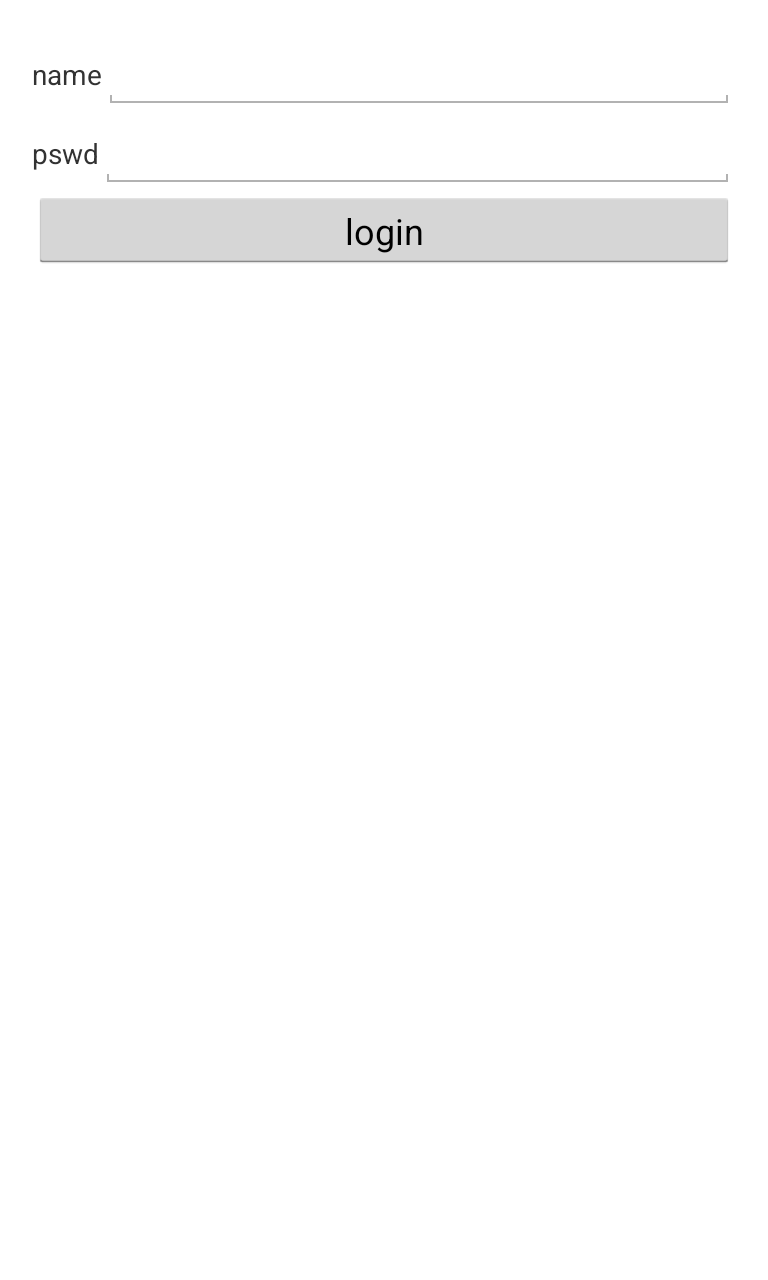
Repository: KnightFreedom/cookcook
Layout: client/CookCook/res/layout/activity_main.xml
These files come from the project's save history. The layout is drawn as it stood at one moment and after the next save; the edit follows.
It is drawn on a 768 x 1280 px phone screen (xhdpi) without system bars, with theme AppTheme; the app's code is not run.

Above is the layout before, as saved 2017-05-09 11:43:18.

### client/CookCook/res/layout/activity_main.xml
<RelativeLayout xmlns:android="http://schemas.android.com/apk/res/android"
    xmlns:tools="http://schemas.android.com/tools"
    android:layout_width="match_parent"
    android:layout_height="match_parent"
    android:paddingBottom="@dimen/activity_vertical_margin"
    android:paddingLeft="@dimen/activity_horizontal_margin"
    android:paddingRight="@dimen/activity_horizontal_margin"
    android:paddingTop="@dimen/activity_vertical_margin"
    tools:context=".MainActivity" >


    <LinearLayout
        android:layout_width="match_parent"
        android:layout_height="wrap_content"
        android:orientation = "vertical">

	    <LinearLayout android:layout_width = "match_parent"
	        android:layout_height = "match_parent"
	        android:orientation = "horizontal">

	    <TextView
	        android:layout_width="wrap_content"
	        android:layout_height="wrap_content"
	        android:text="@string/usrName" />

	    <EditText
	        android:layout_width= "match_parent"
	        android:layout_height = "wrap_content"
	        android:maxLength="10"
	        />

	    </LinearLayout>

	    <!-- comment -->
	    <LinearLayout
	        android:layout_width = "match_parent"
	        android:layout_height = "match_parent"
	        android:orientation = "horizontal">

	    <TextView
	        android:layout_width="wrap_content"
	        android:layout_height="wrap_content"
	        android:text="@string/pswd" />

	    <EditText
	        android:layout_width= "match_parent"
	        android:layout_height = "wrap_content"
	        android:maxWidth = "60dp"
	        />

	    </LinearLayout>

	    <LinearLayout
	        android:layout_width = "match_parent"
	        android:layout_height = "match_parent"
	        android:orientation = "horizontal"
	        >
	    <Button
	        android:layout_width = "match_parent"
	        android:layout_height = "40dp"
	        android:text="@string/login"
	        />

	    <Button
	        android:layout_width = "match_parent"
	        android:layout_height = "40dp"
	        android:text="@string/signup"
	        />

	    </LinearLayout>

    </LinearLayout>


</RelativeLayout>

### client/CookCook/res/values/strings.xml
<?xml version="1.0" encoding="utf-8"?>
<resources>

    <string name="app_name">CookCook</string>
    <string name="action_settings">Settings</string>
    <string name="hello_world">Hello world!</string>
    <string name="usrName">name</string>
    <string name="pswd">pswd</string>
    <string name="login">login</string>
    <string name="signup">signup</string>

</resources>

Loaded but not shown: client/CookCook/res/values/styles.xml (common file); client/CookCook/res/values-v11/styles.xml (common file); client/CookCook/res/values-v14/styles.xml (common file); client/CookCook/res/values/dimens.xml (common file)

After the next save:
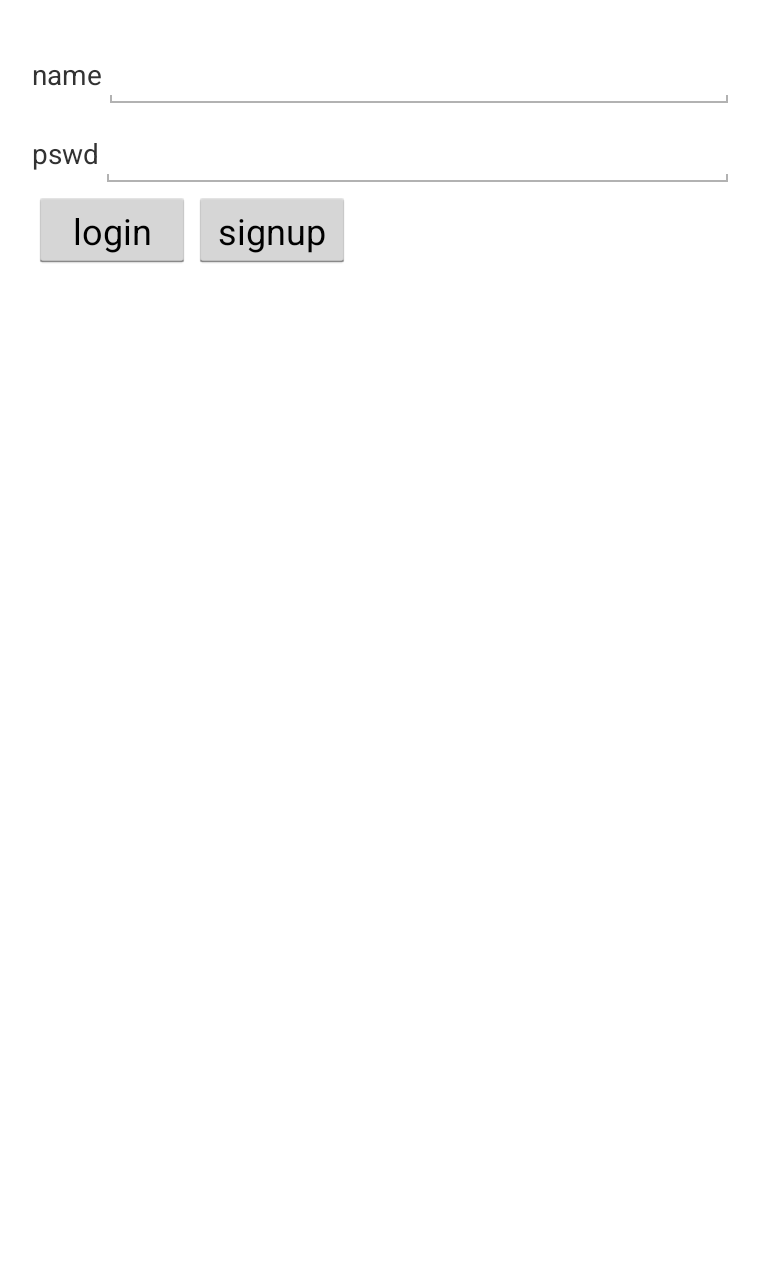
Saved 4 min 9 s later.
--- a/client/CookCook/res/layout/activity_main.xml
+++ b/client/CookCook/res/layout/activity_main.xml
@@ -56,13 +56,13 @@
 	        android:orientation = "horizontal"
 	        >
 	    <Button
-	        android:layout_width = "match_parent"
+	        android:layout_width = "80dp"
 	        android:layout_height = "40dp"
 	        android:text="@string/login"
 	        />
 
 	    <Button
-	        android:layout_width = "match_parent"
+	        android:layout_width = "80dp"
 	        android:layout_height = "40dp"
 	        android:text="@string/signup"
 	        />
